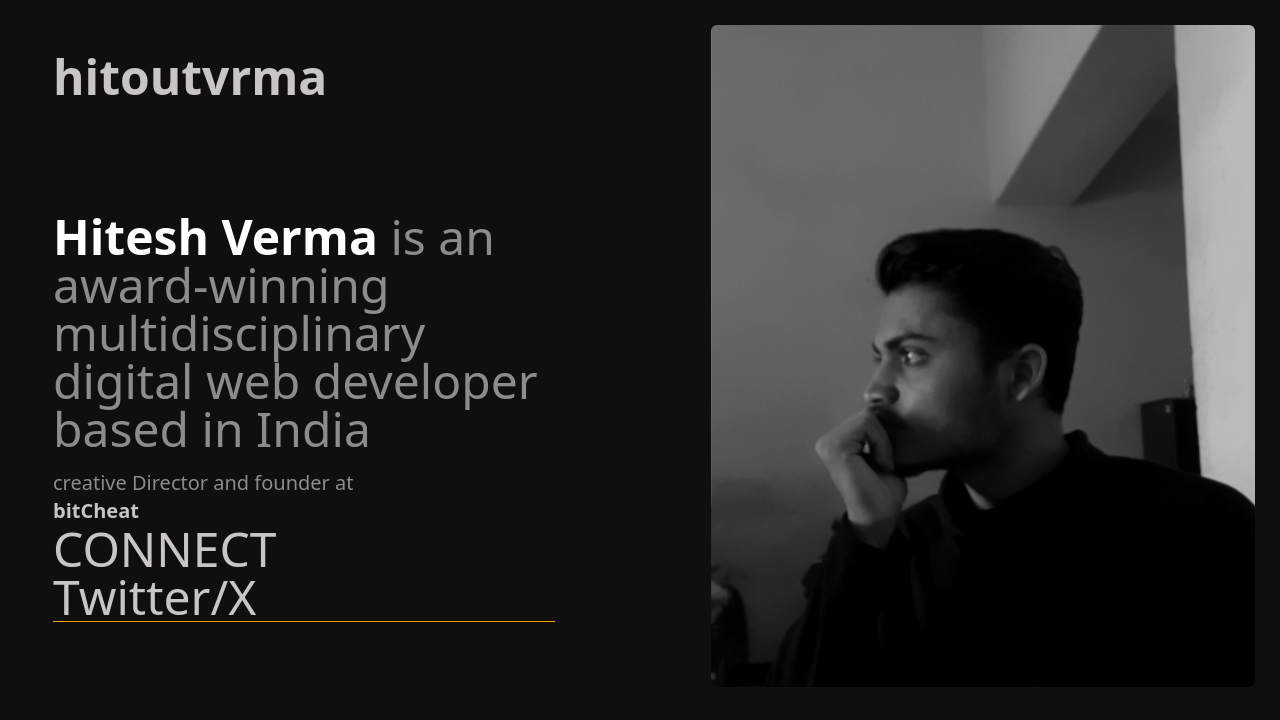
Repository: hitoutvrma/portfolio
Page: /
An editor plug-in stored every save of this project. The page is shown before and after the next save, followed by the edit.
The browser window is 1280 px wide. The pictures show the whole page.
The project was rebuilt for these pictures with package versions that can differ from the ones it lists, and the page was loaded fresh each time. Also part of the build but not shown: vite.config.js.

Above is the page before, as saved 2025-03-07 01:10:39.

### src/index.css
@import "tailwindcss";
body{
    background-color: #0f0f0f;
    color: #c8c6c4;
    padding: 25px;
}

### src/App.jsx
import React from 'react'

function App() {
  return (
    <div className=''>
      <div className="sm:flex">
      <div className='hero sm:p-7 sm:text-5xl text-[8vw] w-[80vw] sm:w-[44vw]'>
      <logo className='text-4xl sm:text-5xl font-semibold'>hitoutvrma</logo>
        <p className='mt-28 leading-none text-[#8c8c8c]'><span className='text-white font-semibold'>Hitesh Verma</span> is an award-winning multidisciplinary digital web developer based in India</p>

        <div className='text-xl pt-4'>
          <p className='text-[#8c8c8c]'>creative Director and founder at </p>
          <p className='font-semibold'>bitCheat</p>
        </div>
        <div className=''>
          <p>CONNECT</p>
          <p>Twitter/X</p>
          <div className='w-full h-[0.1vh] bg-amber-500'></div>
        </div>
        </div>
        <div style={{ backgroundImage: "url('/user.jpg')" }} className='sm:ml-[10vw] bg-cover bg-center w-[43vw] h-[92vh]  bg-[#3a3a3a] rounded-md'>
        </div>
      </div>

    </div>
  )
}

export default App

Loaded but not shown: index.html (common file); src/main.jsx (common file)

After the next save:
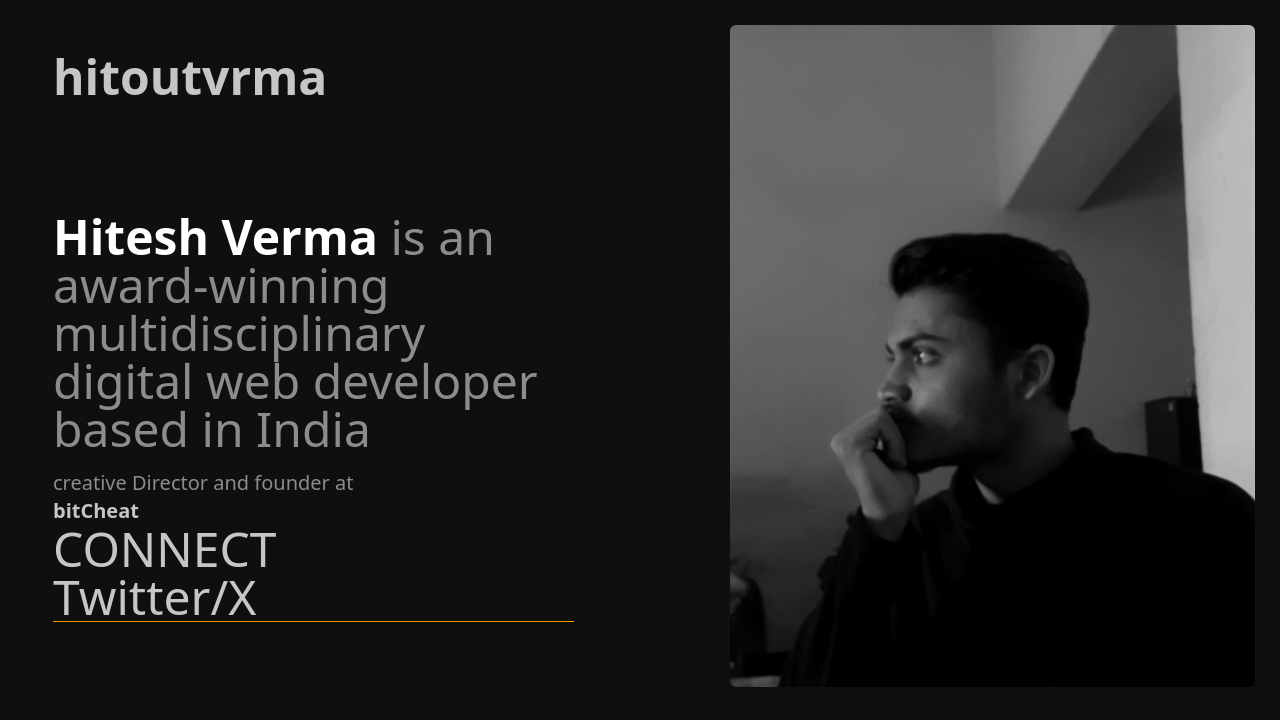
Saved 4 s later.
--- a/src/App.jsx
+++ b/src/App.jsx
@@ -4,7 +4,7 @@ function App() {
   return (
     <div className=''>
       <div className="sm:flex">
-      <div className='hero sm:p-7 sm:text-5xl text-[8vw] w-[80vw] sm:w-[44vw]'>
+      <div className='hero sm:p-7 sm:text-5xl text-[8vw] w-[80vw] sm:w-[47vw]'>
       <logo className='text-4xl sm:text-5xl font-semibold'>hitoutvrma</logo>
         <p className='mt-28 leading-none text-[#8c8c8c]'><span className='text-white font-semibold'>Hitesh Verma</span> is an award-winning multidisciplinary digital web developer based in India</p>
 
